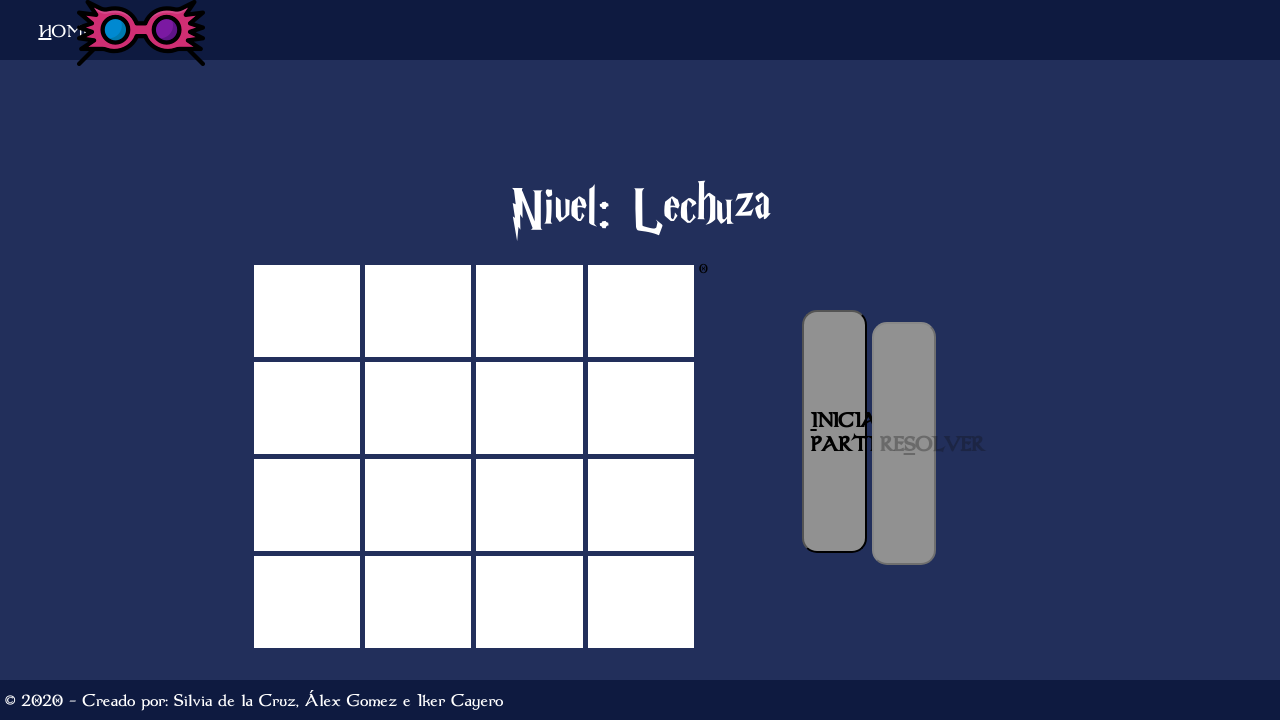
Repository: alexgomezdev/RavenclawSimon
Page: http://localhost/start.php?do=tryagain
These files come from the project's save history. The page is drawn as it stood at one moment and after the next save; the edit follows.
The browser window is 1280 px wide. The pictures show the whole page.
The page is run by PHP 8.4 with error messages shown; the project is at /var/www/html/.

Above is the page before, as saved 2020-11-06 15:56:47.
Console error: TypeError: totalTime.remove is not a function

After the next save:
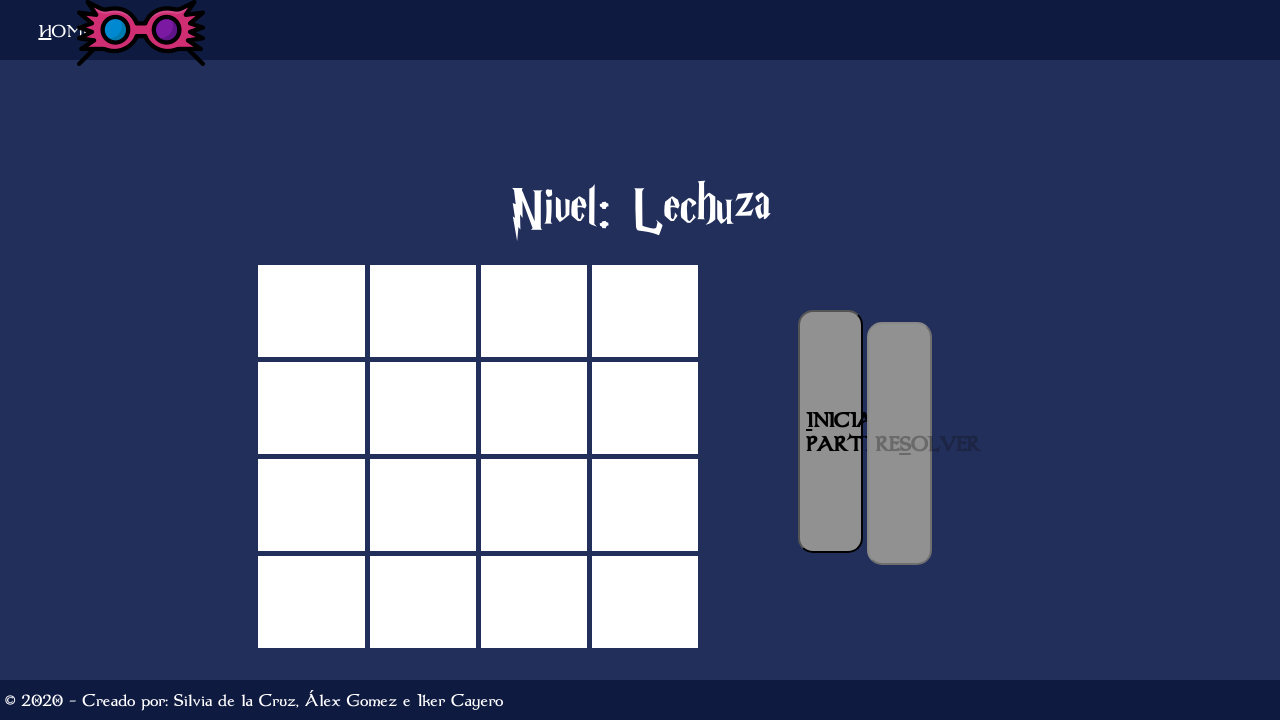
Console error: SyntaxError: Unexpected token '}'
Saved 29 s later.
--- a/js/playing.js
+++ b/js/playing.js
@@ -56,9 +56,6 @@
 
 function updateClock() {
 document.getElementById('countdown').innerHTML = totalTime;
-if(totalTime==0){
-totalTime.remove('countdown');
-}else{
 totalTime-=1;
 setTimeout("updateClock()",1000);
 }

After the save that followed:
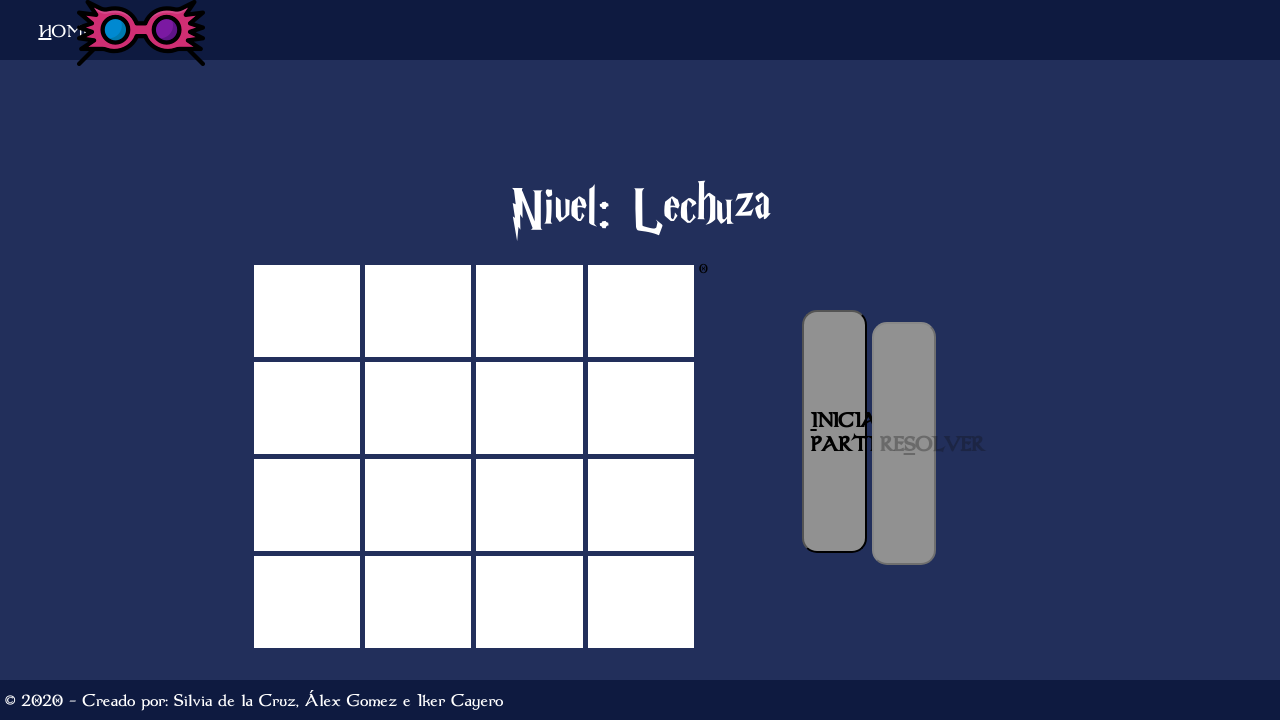
The error is gone.
Saved 14 s later.
--- a/js/playing.js
+++ b/js/playing.js
@@ -56,6 +56,9 @@
 
 function updateClock() {
 document.getElementById('countdown').innerHTML = totalTime;
+if(totalTime==0){
+
+}else{
 totalTime-=1;
 setTimeout("updateClock()",1000);
 }
